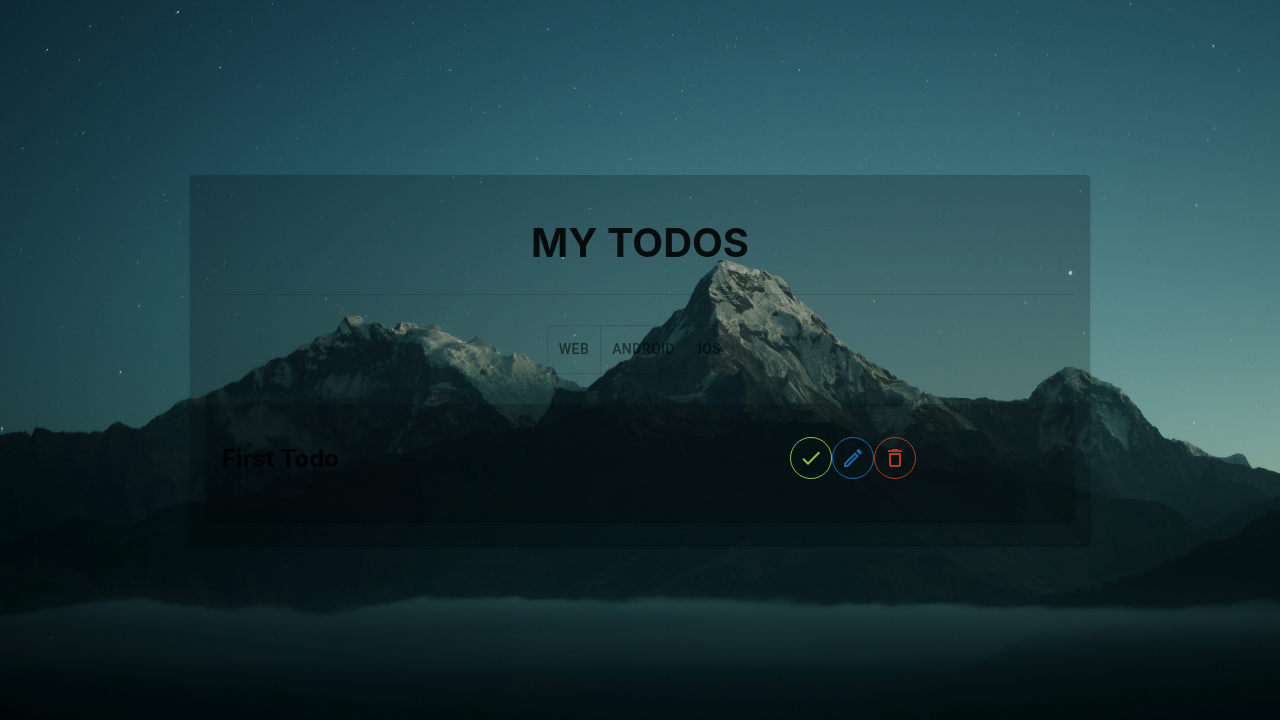
Repository: Ebadahamde/React-CRUDS-Project
Page: /
An editor plug-in stored every save of this project. The page is shown before and after a run of saves, followed by the edit.
The browser window is 1280 px wide. The pictures show the whole page.
The project was rebuilt for these pictures with package versions that can differ from the ones it lists, and the page was loaded fresh each time.

Above is the page before, as saved 2025-08-23 16:52:44.

After the next 3 saves:
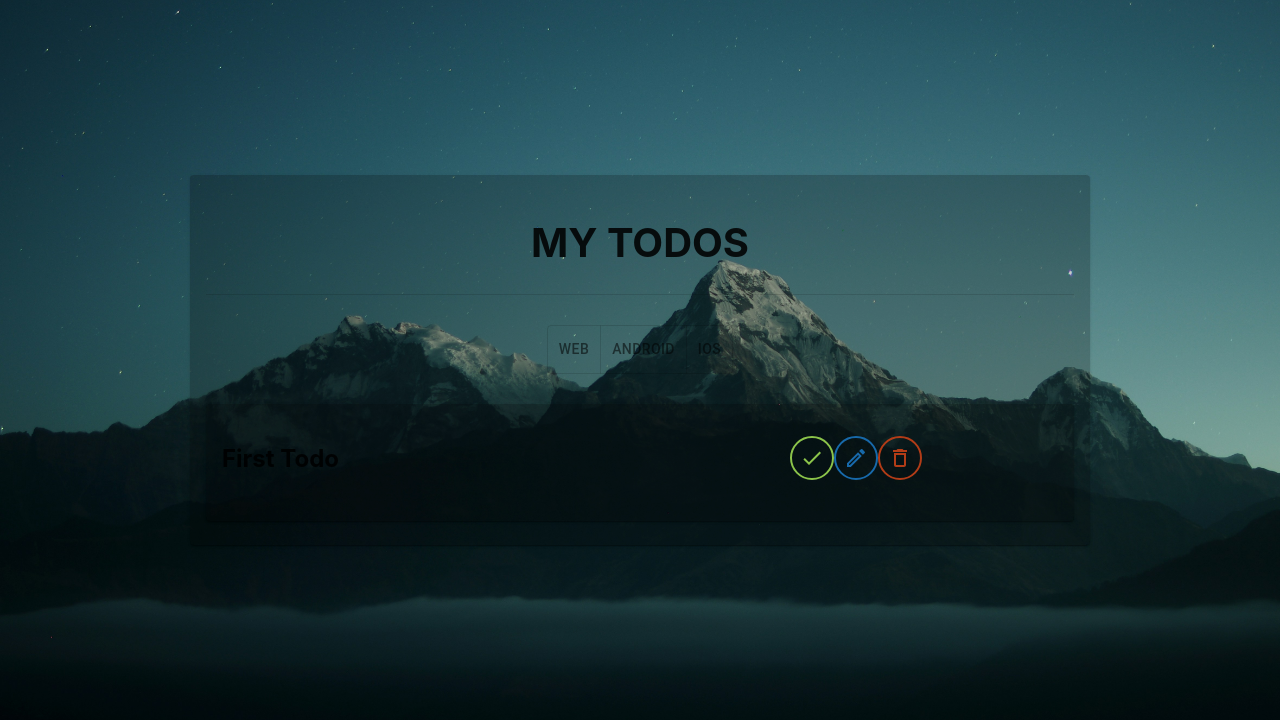
The 3 saves are shown as one change because they came seconds apart.
The last was saved 11 s later.
--- a/src/Componends/todo.js
+++ b/src/Componends/todo.js
@@ -29,7 +29,7 @@ export default function Todo() {
                 style={{
                   color: "#8bc34a",
                   // background: "white",
-                  border: "solid #8bc34a 1px",
+                  border: "solid #8bc34a 2px",
                 }}
               >
                 <CheckIcon />
@@ -41,7 +41,7 @@ export default function Todo() {
                 style={{
                   color: "#1769aa",
                   // background: "white",
-                  border: "solid #1769aa 1px",
+                  border: "solid #1769aa 2px",
                 }}
               >
                 <ModeEditOutlineOutlinedIcon />
@@ -53,7 +53,7 @@ export default function Todo() {
                 style={{
                   color: "#b23c17",
                   // background: "white",
-                  border: "solid #b23c17 1px",
+                  border: "solid #b23c17 2px",
                 }}
               >
                 <DeleteOutlineOutlinedIcon />
